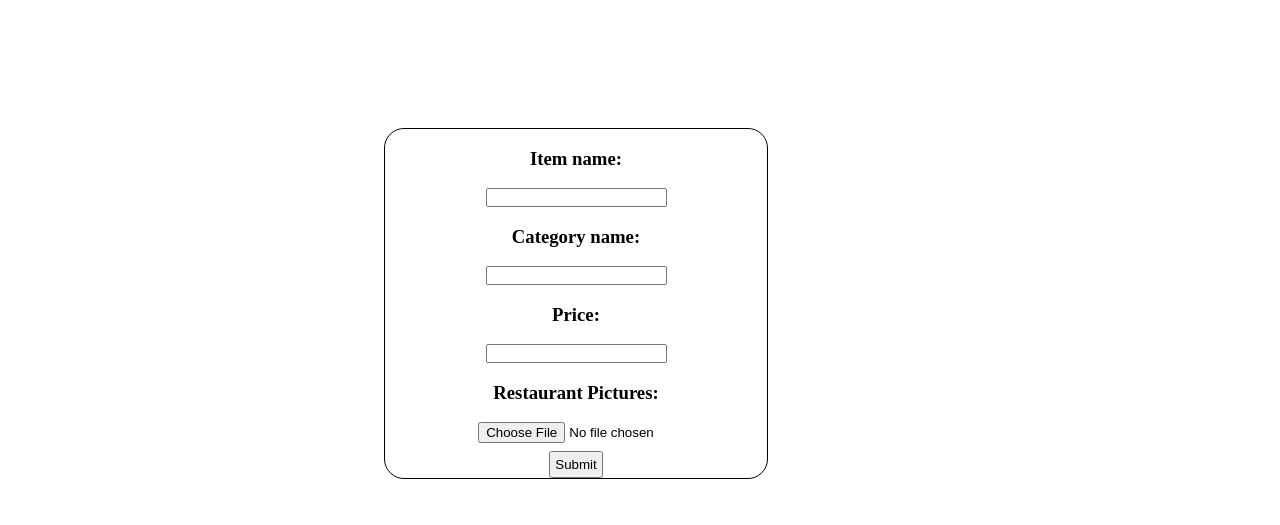
Repository: jatannoury/Ecommerce-Laravel-Electron
Page: Admin-electron/src/HTML/add_item.html
The author's editor kept a copy of each file at every save. The page is drawn from the files as they stood at one save, then again after a run of saves.
The browser window is 1280 px wide. The pictures show the whole page.

Above is the page before, as saved 2022-06-10 22:59:06.

After the next 3 saves:
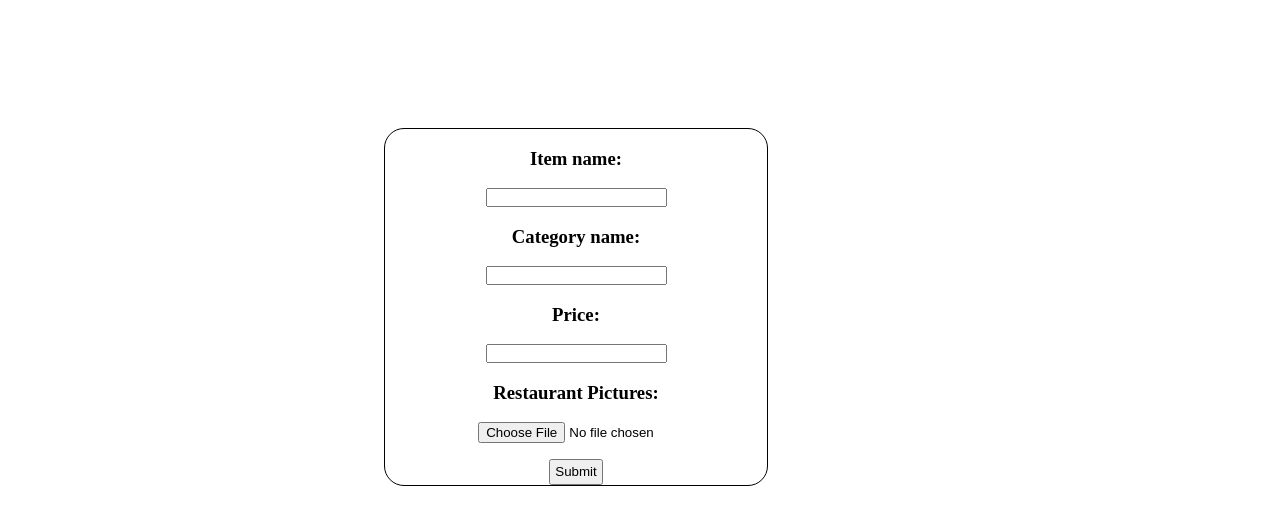
The 3 saves are shown as one change because they came seconds apart.
The last was saved 9 s later.
--- a/Admin-electron/src/CSS/styles.css
+++ b/Admin-electron/src/CSS/styles.css
@@ -43,4 +43,5 @@ form {
 
 .two{
     margin-left: 15%;
+    margin-bottom: 2%;
 }
